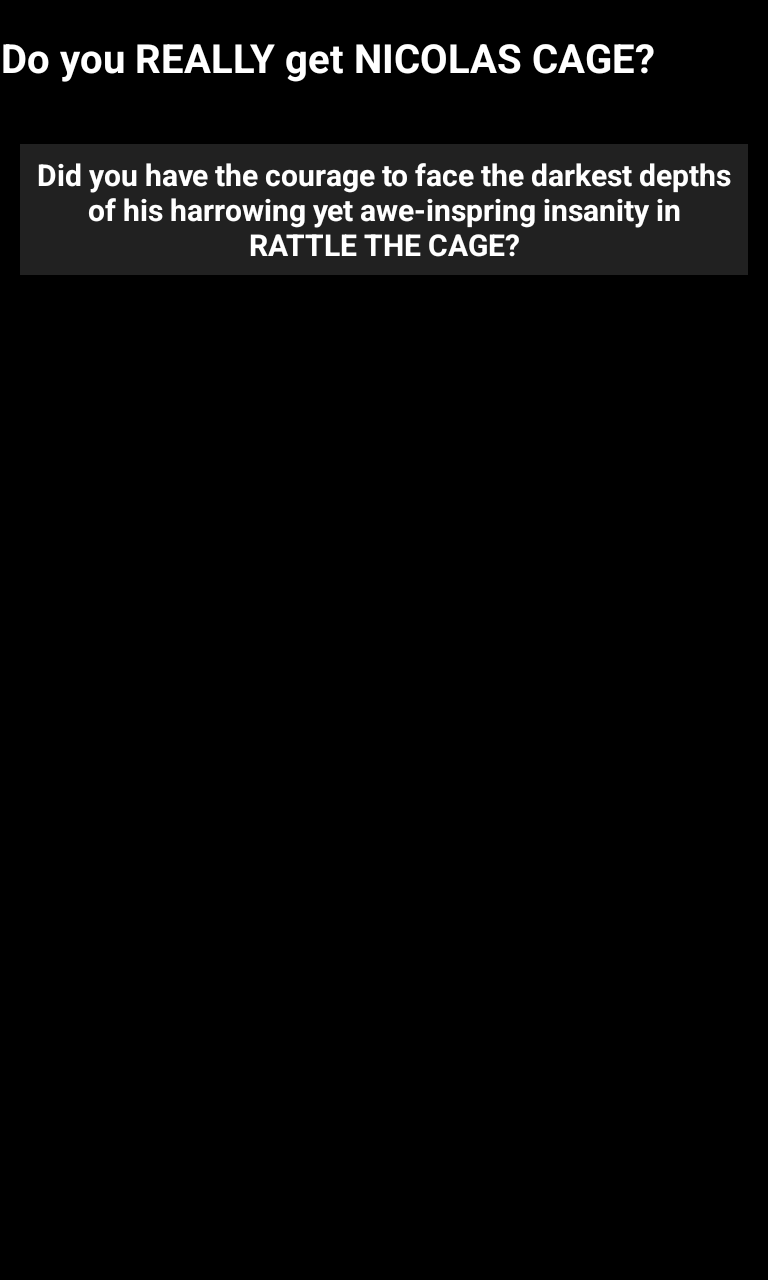
Repository: kylenicola/NicCageMobileApp
Layout: NicolasCageApp/res/layout/activity_score_menu.xml
These files come from the project's save history. The layout is drawn as it stood at one moment and after the next save; the edit follows.
It is drawn on a 768 x 1280 px phone screen (xhdpi) without system bars, with theme AppTheme; the app's code is not run.

Above is the layout before, as saved 2014-12-04 02:29:22.

### NicolasCageApp/res/layout/activity_score_menu.xml
<?xml version="1.0" encoding="utf-8"?>

<LinearLayout xmlns:android="http://schemas.android.com/apk/res/android"
	android:layout_width="match_parent"
	android:layout_height="match_parent"
	android:background="@android:color/background_dark"
	android:orientation="vertical" >

	 <TextView
	     android:id="@+id/scoreMenuTitle"
	     android:layout_width="wrap_content"
	     android:layout_height="wrap_content"
	     android:gravity="center"
	     android:layout_marginTop="15dp"
	     android:text="@string/score_menu_title"
	     android:textSize="20sp"
	     android:textStyle="bold"
	     android:textColor="@android:color/white" />

	 <Button
		android:id="@+id/button_scoreRattleTheCage"
	    android:layout_width="wrap_content"
	    android:layout_height="wrap_content"
	    android:layout_gravity="center"
	    android:layout_marginTop="30dp"
	    android:layout_marginLeft="10dp"
	    android:layout_marginRight="10dp"
	    android:paddingTop="5dp"
	    android:paddingBottom="5dp"
	    android:paddingLeft="5dp"
	    android:paddingRight="5dp"
	    android:background="#212121"
	    android:text="@string/rattle_the_cage_score_description"
	    android:textColor="@android:color/white"
	    android:textStyle="bold"
	    android:textSize="15sp"
	    android:radius="10dp"
	    android:OnClick="onClickRattleTheCageScore" />




</LinearLayout>

### NicolasCageApp/res/values/strings.xml
<?xml version="1.0" encoding="utf-8"?>
<resources>

    <string name="app_name">NicolasCageApp</string>
    <string name="hello_world">Hello world!</string>
    <string name="action_settings">Settings</string>
    <string name="title_activity_abcs_with_nic">AbcsWithNic</string>
    <string name="takeQuiz">TAKE THE QUIZ</string>
    <string name="title_activity_settings">Settings</string>
    <string name="slow_down_ABCs">Slow down A, B, C game</string>
    <string name="noSlowDown">NICOLAS CAGE SLOWS DOWN FOR NO MAN</string>
    <string name="score_title">Scores</string>
    <string name="rattle_the_cage_title">Rattle The Cage</string>
    <string name="rattle_the_cage_label">Total Score: </string>
    <string name="title_activity_score_menu">ScoreMenu</string>
    <string name="score_menu_title">Do you REALLY get NICOLAS CAGE?</string>
    <string name="rattle_the_cage_score_description">Did you have the courage to face the darkest depths of his harrowing yet awe-inspring insanity in RATTLE THE CAGE?</string>
    <string name="title_activity_rattle_the_cage_score">RattleTheCageScore</string>

</resources>

Loaded but not shown: NicolasCageApp/res/values/styles.xml (common file); NicolasCageApp/res/values-v11/styles.xml (common file); NicolasCageApp/res/values-v14/styles.xml (common file)

After the next save:
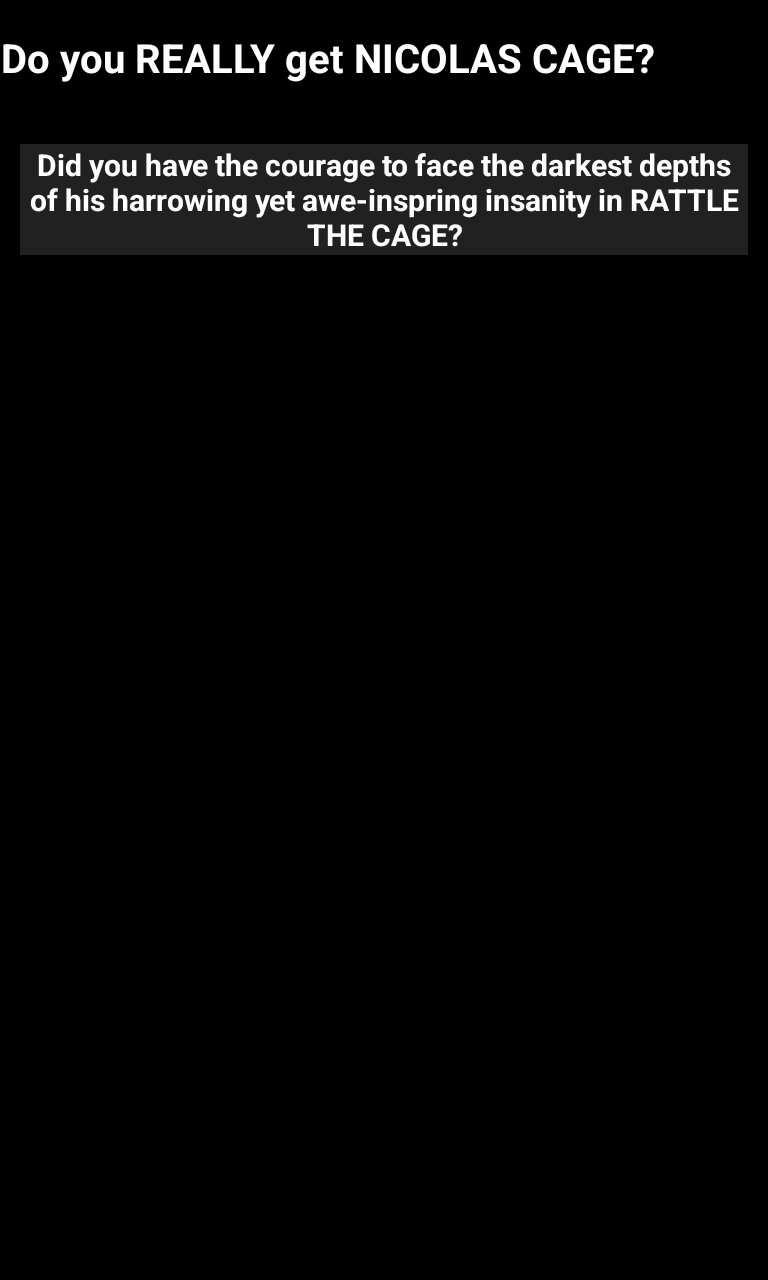
Saved 22 s later.
--- a/NicolasCageApp/res/layout/activity_score_menu.xml
+++ b/NicolasCageApp/res/layout/activity_score_menu.xml
@@ -25,10 +25,6 @@
 	    android:layout_marginTop="30dp"
 	    android:layout_marginLeft="10dp"
 	    android:layout_marginRight="10dp"
-	    android:paddingTop="5dp"
-	    android:paddingBottom="5dp"
-	    android:paddingLeft="5dp"
-	    android:paddingRight="5dp"
 	    android:background="#212121"
 	    android:text="@string/rattle_the_cage_score_description"
 	    android:textColor="@android:color/white"
